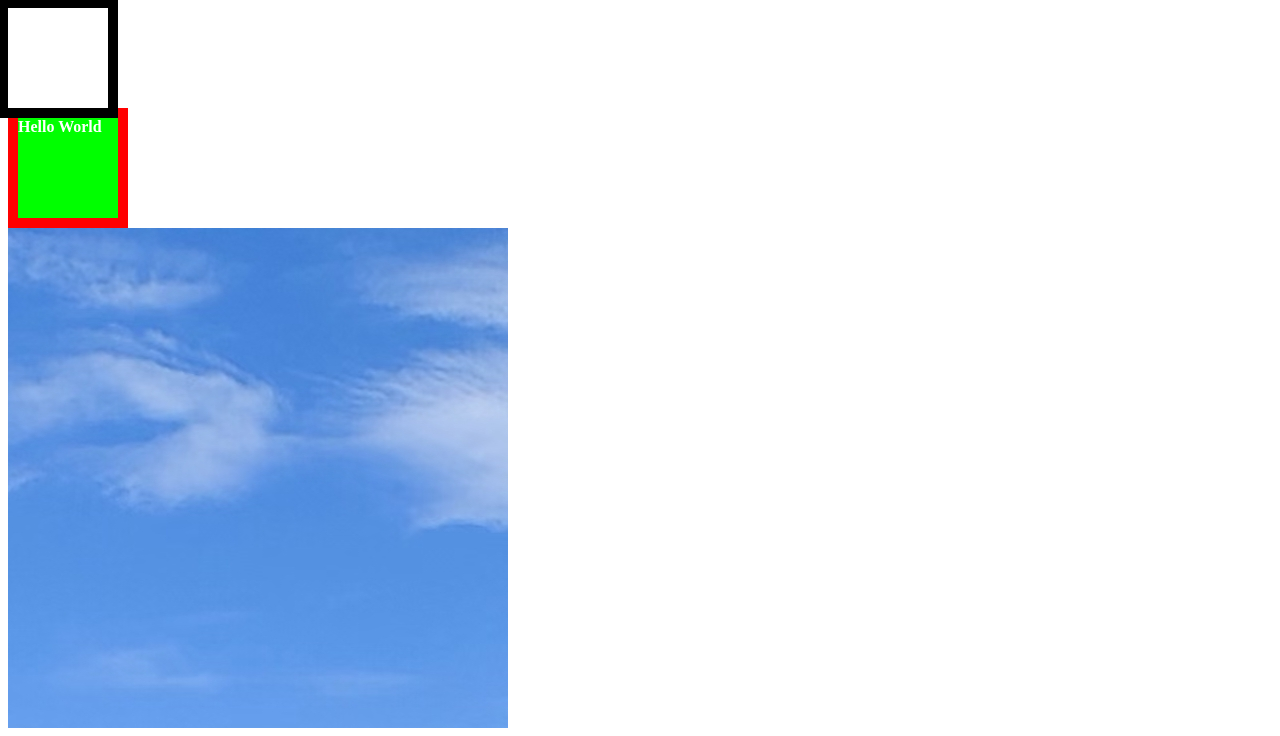
Repository: herjuandlonely/github.io
Page: test.html
An editor plug-in stored every save of this project. The page is shown before and after the next save, followed by the edit.
The browser window is 1280 px wide. The pictures show the whole page.

Above is the page before, as saved 2022-07-02 14:17:26.

After the next save:
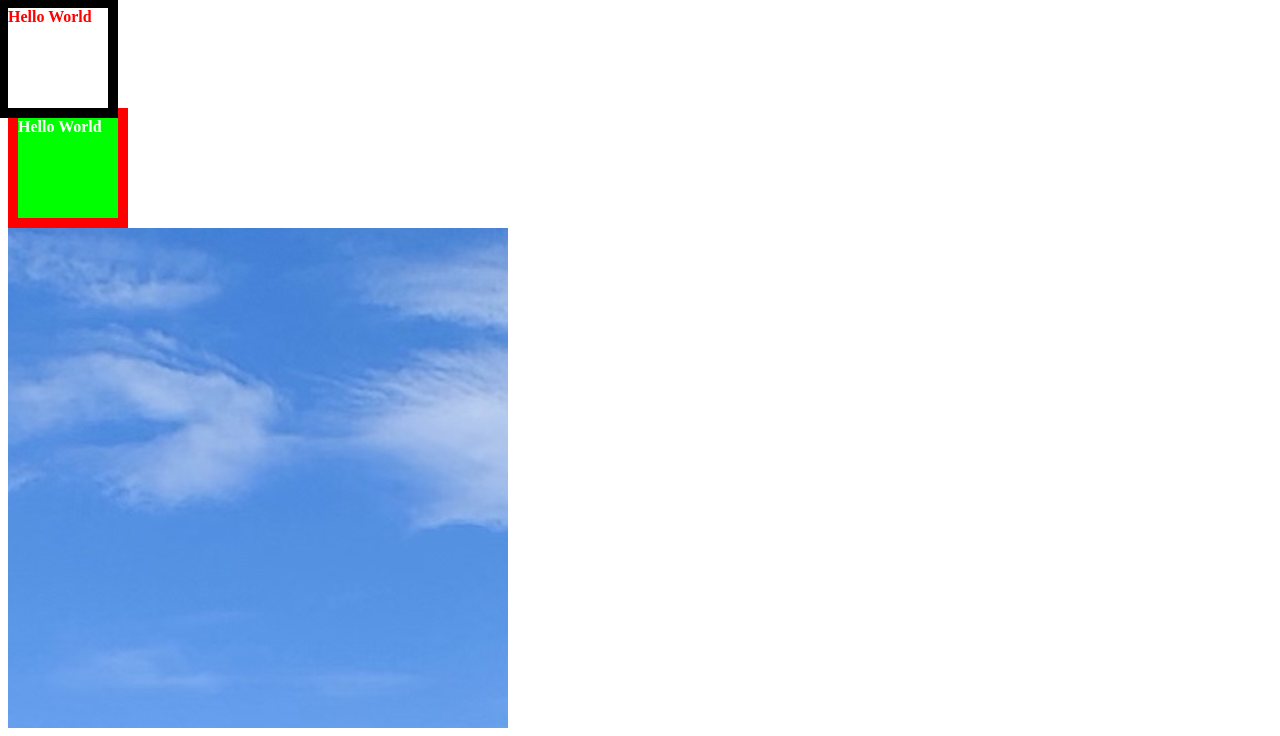
Saved 16 s later.
--- a/test.html
+++ b/test.html
@@ -9,7 +9,7 @@
         .test{
             height: 100px;
             width: 100px;
-            color: white;
+            color: red;
             font-weight: bold;
             background-color: transparent;
             outline: black solid 10px;
